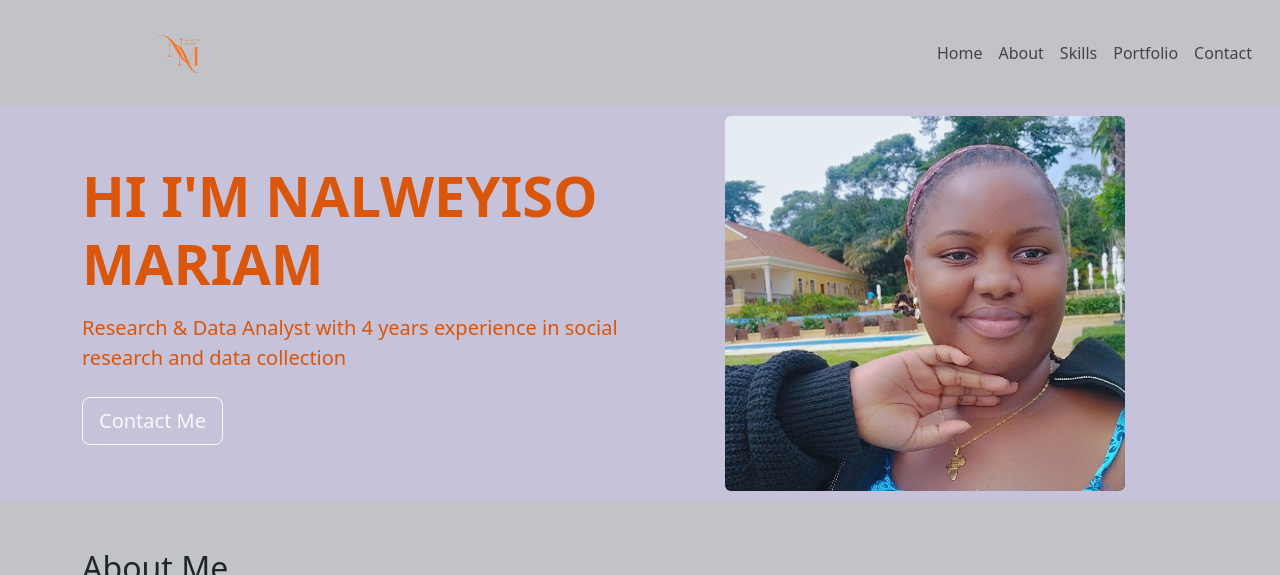
Repository: NalweMari/My-Personal-Portfolio
Page: index.html
An editor plug-in stored every save of this project. The page is shown before and after a run of saves, followed by the edit.
The browser window is 1280 px wide. The pictures show the part of the page from y = 0 to 575 px (the page is 1005 px tall).
A picture or video elsewhere on the page could not be fetched, so the positions and the page height are approximate.

Above is the page before, as saved 2025-11-28 12:35:45.
Console error (its wording comes from the project's code and is left out).

After the next 3 saves:
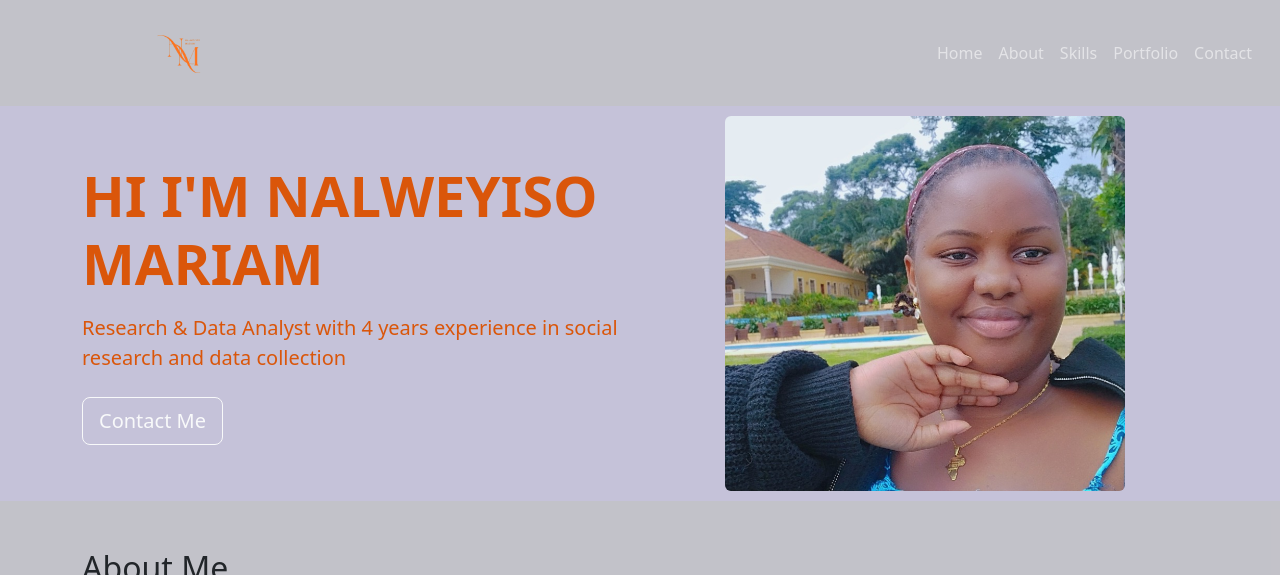
The 3 saves are shown as one change because they came seconds apart.
The last was saved 32 s later.
--- a/index.html
+++ b/index.html
@@ -16,7 +16,7 @@
 <body>
     <!-- Navigation -->
 
-    <nav class="navbar navbar-expand-lg navbar-light bg-custom">
+    <nav class="navbar navbar-expand-lg navbar-dark bg-custom">
         <div class="container me-2">
             <a class="navbar-brand Logo" href="#"><img src="images/Initials_Logo-preview (1).png" alt="Your Logo"
                     height="80"></a> <button class="navbar-toggler" type="button" data- 6 toggle="collapse"
